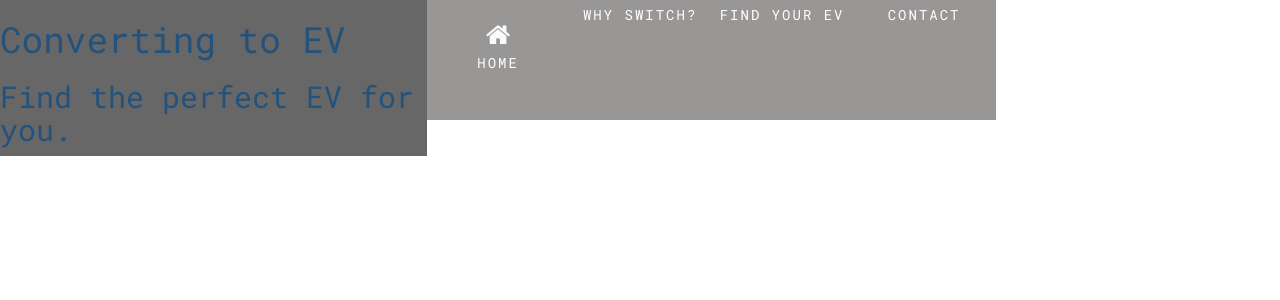
Repository: gnisco/2nd-project
Page: index.html
The author's editor kept a record of every edit. The page is drawn from the files as they stood at one moment, then again after the next edit.
The browser window is 1280 px wide. The pictures show the whole page.
Some web libraries are served in a nearby version.

Above is the page before.

After the next edit:
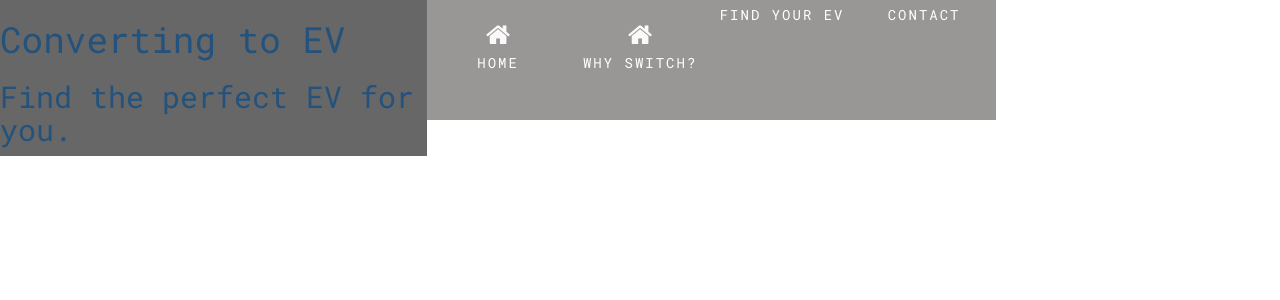
The edit:
--- a/index.html
+++ b/index.html
@@ -29,7 +29,7 @@
                             <a href="index.html" class="hvr-sweep-to-top"><i class="fa fa-home" aria-hidden="true"></i><span>Home</span></a>
                         </li>
                         <li class="col-xs-6 col-sm-2 ui-menu-color-why-switch menuitem">
-                            <a href="why-switch.html" class="hvr-sweep-to-top"><span>Why switch?</span></a>
+                            <a href="why-switch.html" class="hvr-sweep-to-top"><i class="fa fa-home" aria-hidden="true"></i><span>Why switch?</span></a>
                         </li>
                         <li class="col-xs-6 col-sm-2 ui-menu-color-find-your-ev menuitem">
                             <a href="find-your-ev.html" class="hvr-sweep-to-top"><span>Find your EV</span></a>
